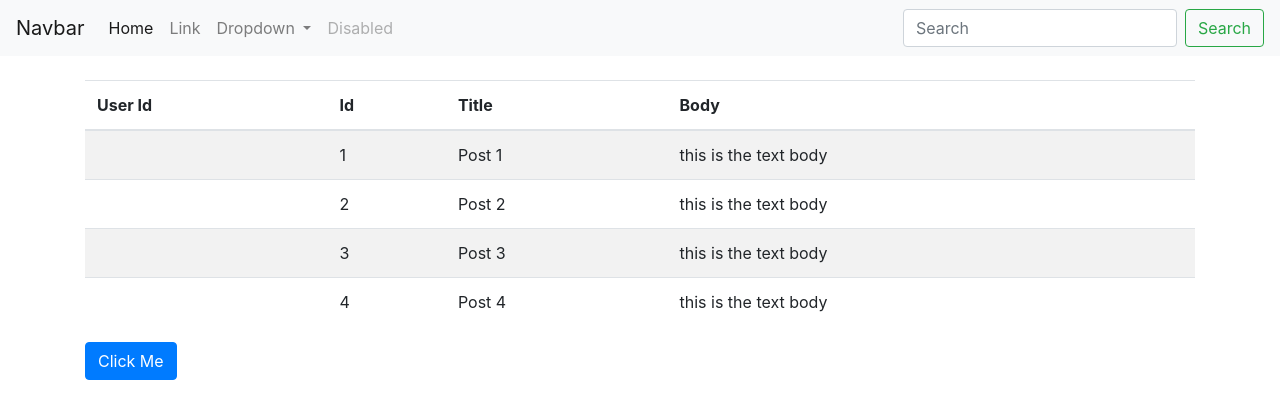
Repository: nashthecoder/vuebasics
Page: / (app in vue-app/demo/)
These files come from the project's save history. The page is drawn as it stood at one moment and after the next save; the edit follows.
The browser window is 1280 px wide. The pictures show the whole page.
The project was rebuilt for these pictures with package versions that can differ from the ones it lists, and the page was loaded fresh each time. Also part of the build but not shown: vue-app/demo/src/components/HelloWorld.vue.

Above is the page before, as saved 2021-01-06 20:05:19.

### vue-app/demo/src/App.vue
<template>
  <div id="app">
    <nav class="navbar navbar-expand-lg navbar-light bg-light">
  <a class="navbar-brand" href="#">Navbar</a>
  <button class="navbar-toggler" type="button" data-toggle="collapse" data-target="#navbarSupportedContent" aria-controls="navbarSupportedContent" aria-expanded="false" aria-label="Toggle navigation">
    <span class="navbar-toggler-icon"></span>
  </button>

  <div class="collapse navbar-collapse" id="navbarSupportedContent">
    <ul class="navbar-nav mr-auto">
      <li class="nav-item active">
        <a class="nav-link" href="#">Home <span class="sr-only">(current)</span></a>
      </li>
      <li class="nav-item">
        <a class="nav-link" href="#">Link</a>
      </li>
      <li class="nav-item dropdown">
        <a class="nav-link dropdown-toggle" href="#" id="navbarDropdown" role="button" data-toggle="dropdown" aria-haspopup="true" aria-expanded="false">
          Dropdown
        </a>
        <div class="dropdown-menu" aria-labelledby="navbarDropdown">
          <a class="dropdown-item" href="#">Action</a>
          <a class="dropdown-item" href="#">Another action</a>
          <div class="dropdown-divider"></div>
          <a class="dropdown-item" href="#">Something else here</a>
        </div>
      </li>
      <li class="nav-item">
        <a class="nav-link disabled" href="#">Disabled</a>
      </li>
    </ul>
    <form class="form-inline my-2 my-lg-0">
      <input class="form-control mr-sm-2" type="search" placeholder="Search" aria-label="Search">
      <button class="btn btn-outline-success my-2 my-sm-0" type="submit">Search</button>
    </form>
  </div>
</nav>

    <PostsExample />
  </div>
</template>

<script>
import HelloWorld from './components/HelloWorld';
import PostsExample from './components/Posts';

export default {
  name: 'App',
  components: {
    HelloWorld,
    PostsExample
  }
}
</script>

<style>
@import "../node_modules/bootstrap/dist/css/bootstrap.min.css";

</style>

### vue-app/demo/src/components/Posts.vue
<template>
  <div class="container">
    <table class="table table-striped mt-4">
  <thead>
    <tr>
      <th scope="col">User Id</th>
      <th scope="col">Id</th>
      <th scope="col">Title</th>
      <th scope="col">Body</th>

    </tr>
  </thead>
  <tbody>
    <tr v-for="post in posts" :key="post.id" >
      <th scope="row"></th>
      <td>{{post.id}}</td>
      <td>{{post.title}}</td>
      <td>{{post.body}}</td>
    </tr>
  </tbody>
</table>
    <button class="btn btn-primary">Click Me</button>

  </div>
</template>

<script>
export default {
  name: 'PostsExample',
  data(){
    return{
      posts: [
        {userid:123, id:1, title: 'Post 1', body: "this is the text body"},
        {userId:453, id:2, title: 'Post 2', body: "this is the text body"},
        {userId:873, id:3, title: 'Post 3', body: "this is the text body"},
        {userId:259, id:4, title: 'Post 4', body: "this is the text body"},
      ]
    }
  }

}
</script>

<style>

</style>

Loaded but not shown: vue-app/demo/index.html (common file); vue-app/demo/src/main.js (common file)

After the next save:
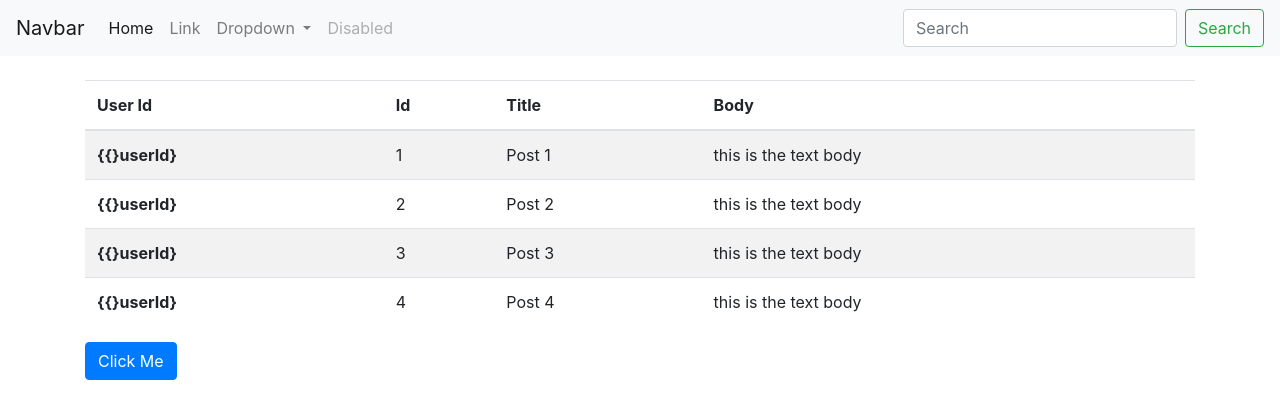
Saved 31 s later.
--- a/vue-app/demo/src/components/Posts.vue
+++ b/vue-app/demo/src/components/Posts.vue
@@ -12,7 +12,7 @@
   </thead>
   <tbody>
     <tr v-for="post in posts" :key="post.id" >
-      <th scope="row"></th>
+      <th scope="row">{{}userId}</th>
       <td>{{post.id}}</td>
       <td>{{post.title}}</td>
       <td>{{post.body}}</td>
@@ -30,7 +30,7 @@
   data(){
     return{
       posts: [
-        {userid:123, id:1, title: 'Post 1', body: "this is the text body"},
+        {userId:123, id:1, title: 'Post 1', body: "this is the text body"},
         {userId:453, id:2, title: 'Post 2', body: "this is the text body"},
         {userId:873, id:3, title: 'Post 3', body: "this is the text body"},
         {userId:259, id:4, title: 'Post 4', body: "this is the text body"},

After the save that followed:
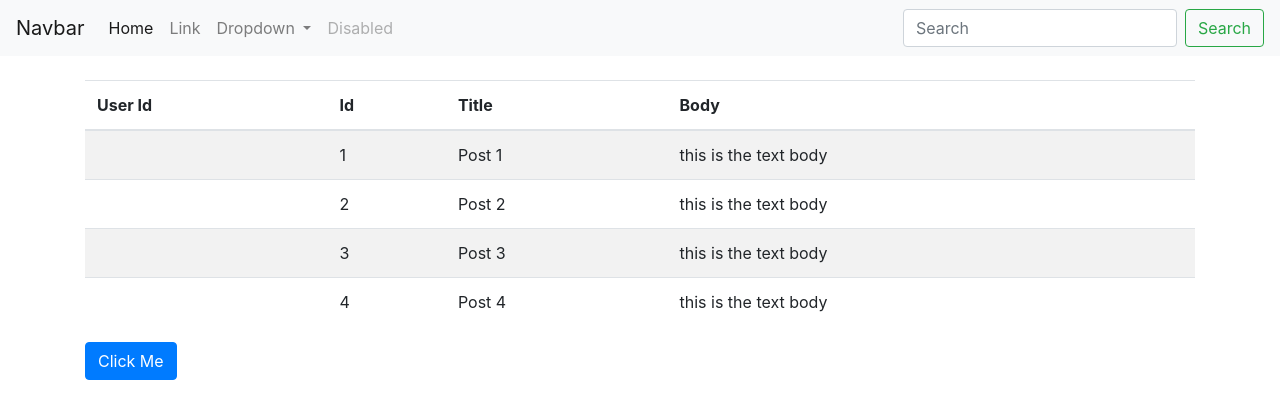
Saved 8 s later.
--- a/vue-app/demo/src/components/Posts.vue
+++ b/vue-app/demo/src/components/Posts.vue
@@ -12,7 +12,7 @@
   </thead>
   <tbody>
     <tr v-for="post in posts" :key="post.id" >
-      <th scope="row">{{}userId}</th>
+      <th scope="row">{{userId}}</th>
       <td>{{post.id}}</td>
       <td>{{post.title}}</td>
       <td>{{post.body}}</td>
